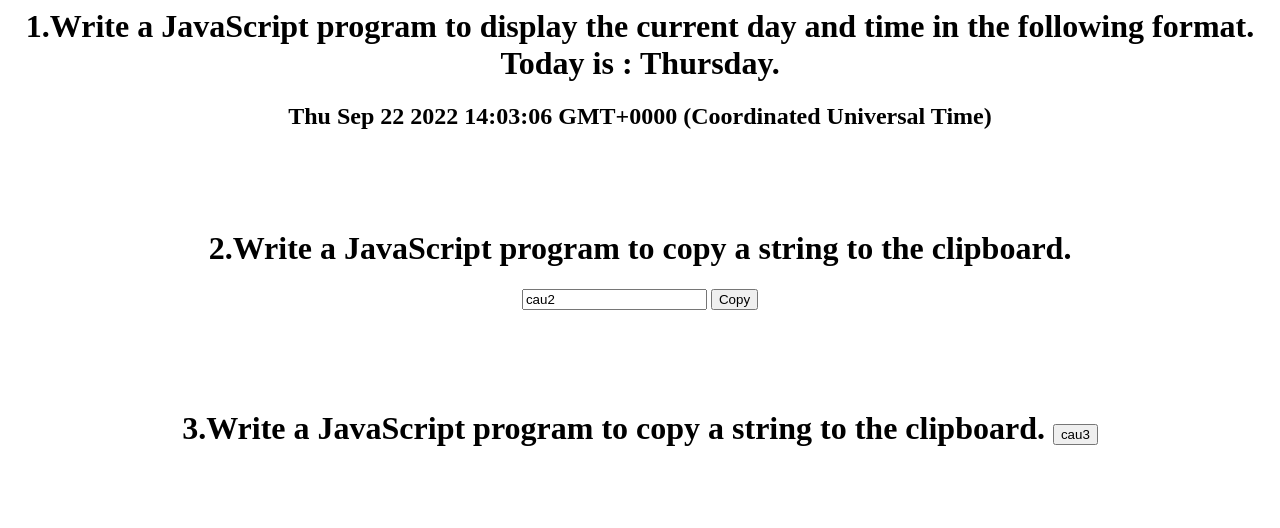
Repository: HoangDuy315/web-dev2022
Page: hw151022/ex1/ex1.html
An editor plug-in stored every save of this project. The page is shown before and after the next save, followed by the edit.
The browser window is 1280 px wide. The pictures show the whole page.

Above is the page before, as saved 2022-10-15 12:31:22.

### hw151022/ex1/ex1.html
<!--JavaScript to display current Date and Time.-->

<html>
  <head>
    <title>JavaScript to display current Date and Time.</title>
  </head>

  <script type="text/javascript">
    function getCurrentDate() {
      var curDate = new Date();

      document.getElementById("showDate").innerHTML = curDate.toString();
    }
  </script>

  <body onLoad="getCurrentDate()" style="text-align: center">
    <h1>
      1.Write a JavaScript program to display the current day and time in the
      following format. Today is : Thursday.
    </h1>

    <!--Here date and time will display-->

    <h2 id="showDate"></h2>
    <script src="./ex1.js"></script>
  </body>

  <!-- 2 -->
  <body style="text-align: center">
    <h1 style="margin-top: 100px">
      2.Write a JavaScript program to copy a string to the clipboard.
    </h1>
    <input type="text" value="cau2" id="testcau2" />
    <button onclick="cau2()">Copy</button>
    <script src="./ex1.js"></script>

    <!-- cau 3 -->
    <h1 style="margin-top: 100px">
      3.Write a JavaScript program to copy a string to the clipboard.
      <button onload="checkCookie()">cau3</button>
    </h1>
  </body>
</html>

### hw151022/ex1/ex1.js
// cau 2

function cau2() {
  alert("Copy success fully!");
}

// cau 3
function setCookie(cname, cvalue, exdays) {
  const d = new Date();
  d.setTime(d.getTime() + exdays * 24 * 60 * 60 * 1000);
  let expires = "expires=" + d.toUTCString();
  document.cookie = cname + "=" + cvalue + ";" + expires + ";path=/";
}

function getCookie(cname) {
  let name = cname + "=";
  let decodedCookie = decodeURIComponent(document.cookie);
  let ca = decodedCookie.split(";");
  for (let i = 0; i < ca.length; i++) {
    let c = ca[i];
    while (c.charAt(0) == " ") {
      c = c.substring(1);
    }
    if (c.indexOf(name) == 0) {
      return c.substring(name.length, c.length);
    }
  }
  return "";
}

function checkCookie() {
  let user = getCookie("username");
  if (user != "") {
    alert("Welcome again " + user);
  } else {
    user = prompt("Please enter your name:", "");
    if (user != "" && user != null) {
      setCookie("username", user, 30);
    }
  }
}

After the next save:
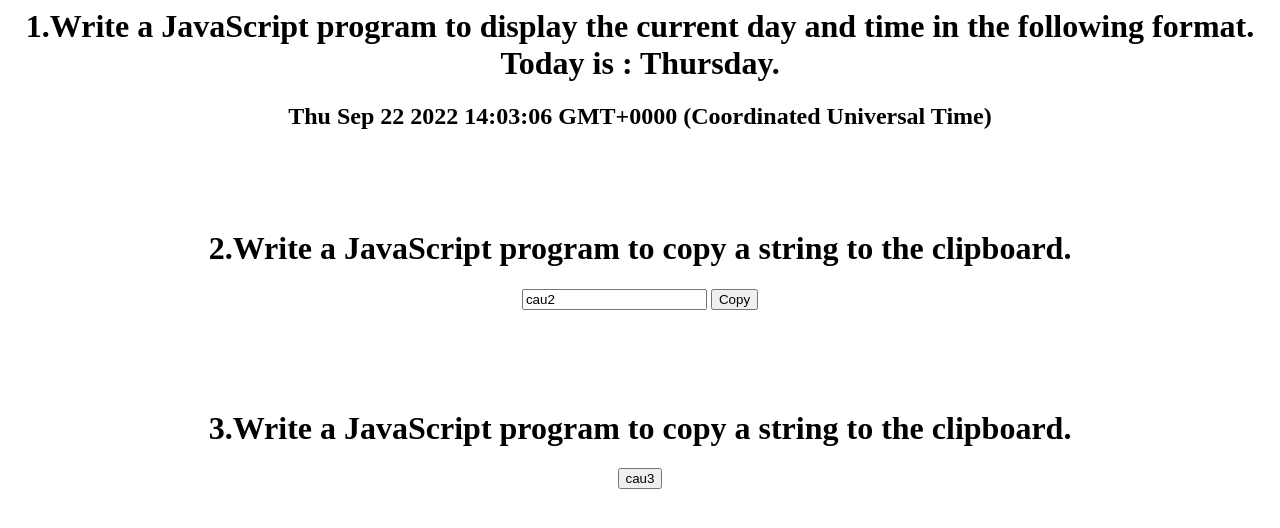
Saved 38 s later.
--- a/hw151022/ex1/ex1.html
+++ b/hw151022/ex1/ex1.html
@@ -32,12 +32,13 @@
     </h1>
     <input type="text" value="cau2" id="testcau2" />
     <button onclick="cau2()">Copy</button>
-    <script src="./ex1.js"></script>
 
     <!-- cau 3 -->
     <h1 style="margin-top: 100px">
       3.Write a JavaScript program to copy a string to the clipboard.
-      <button onload="checkCookie()">cau3</button>
     </h1>
+    <button onload="checkCookie()">cau3</button>
+
+    <script src="./ex1.js"></script>
   </body>
 </html>
